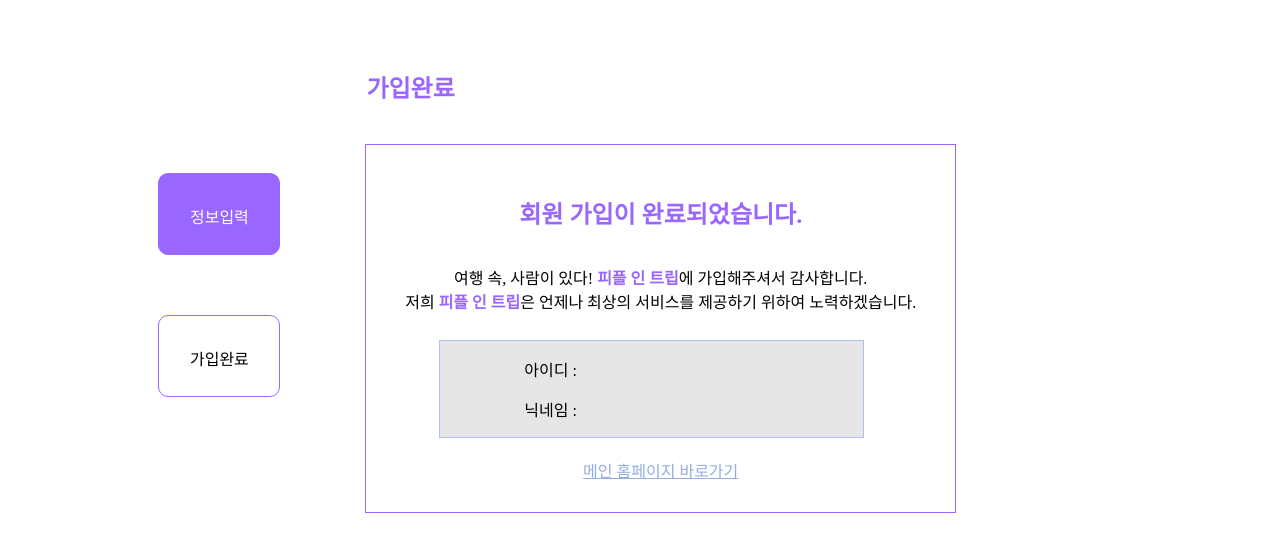
Repository: kimjinmin4535/ezen_loginteam
Page: http://localhost/Ezen_Project/signup/signupcomplete.jsp
These files come from the project's save history. The page is drawn as it stood at one moment and after the next save; the edit follows.
The browser window is 1280 px wide. The pictures show the whole page.
The page is served by Tomcat 9. Other server files are loaded and not shown.

Above is the page before, as saved 2022-07-05 15:52:27.

### Ezen_Project/src/main/webapp/signup/signupcomplete.jsp
<%@ page language="java" contentType="text/html; charset=UTF-8"
    pageEncoding="UTF-8"%>
<!DOCTYPE html>
<html>
<head>
<meta charset="UTF-8">
<title>회원가입 완료</title>
<link rel="stylesheet" href="../resources/css/signup/signup.css" />
</head>
<body>
	<div class="side_content">
		<p id="side_content1">정보입력</p>
		<p id="side_content2">가입완료</p>
	</div>
	<h3>가입완료</h3>
	<div class="signupcomplete_msg">
		<h2>회원 가입이 완료되었습니다.</h2>
		<p>여행 속, 사람이 있다! <strong>피플 인 트립</strong>에 가입해주셔서 감사합니다.<br>
		저희 <strong>피플 인 트립</strong>은 언제나 최상의 서비스를 제공하기 위하여 노력하겠습니다.</p>
		<div class="signupcomplete_information">
			<p>아이디 : </p>
			<p>닉네임 : </p>
		</div>
		<div class="main_home">
			<a href="#">메인 홈페이지 바로가기</a>
		</div>
	</div>
</body>
</html>

### Ezen_Project/src/main/webapp/resources/css/signup/signup.css
@charset "UTF-8";

body {
	display: flex;
	align-items: baseline;
	gap: 32px;
	padding: 48px 0;
}
.signupcomplete_msg {
	flex: 3.5;
	padding: 30px;
	text-align: center;
	border: 1px solid #9966ff;
	margin-right: 25%;
	margin-top: 7%;
}

.side_content {
	flex: 1;
	padding: 24px;
	margin-left: 10%;
}

@media (max-width: 40rem) {
.side_content {
    display: none;
  }
}

.signupcomplete_information {
	border: 1px solid #afc4ed;
	width:80%;
	background-color: #E6E6E6;
	margin-left: 8%;
	margin-top: 5%;
}
.signupcomplete_information > p {
	text-align: left;
	margin-left: 20%;
}

h3 {
	text-align: center;
	position: absolute;
	margin-left: 28%;
	margin-top: 1%;
	color: #9966ff;
	font-size: 24px;
}

h3:after {
  	content: "";
 	display: block;
  	width: 700%;
  	border-bottom: 2x solid #9966ff;
  	margin: 10% 0px;
}


.signupcomplete_msg > h2 {
	color: #9966ff;
}

.signupcomplete_msg > p > strong {
	color: #9966ff;
}

.signupcomplete_msg > p {
	padding-top: 15px;
}

.main_home > a {
	color: #94aee0;
}

.main_home {
	margin-top: 20px;

}

.side_content > #side_content1 {
	border: 1px solid #9966ff;
	background-color: #9966ff;
	color: white;
	height: 50px;
	width: 120px;
	text-align: center;
	border-radius: 10px;
	padding-top: 30px;
	margin-top: 30px;
}
.side_content > #side_content2 {
	border: 1px solid #9966ff;
	color: black;
	height: 50px;
	width: 120px;
	text-align: center;
	border-radius: 10px;
	padding-top: 30px;
	margin-top: 60px;
}
/* .side_content {
	text-align: left;
	width: 100px;
	position: absolute;
	height:0px;
	padding-left: 330px;
	padding-top: 250px;
	flex: 1;
} */
/*

After the next save:
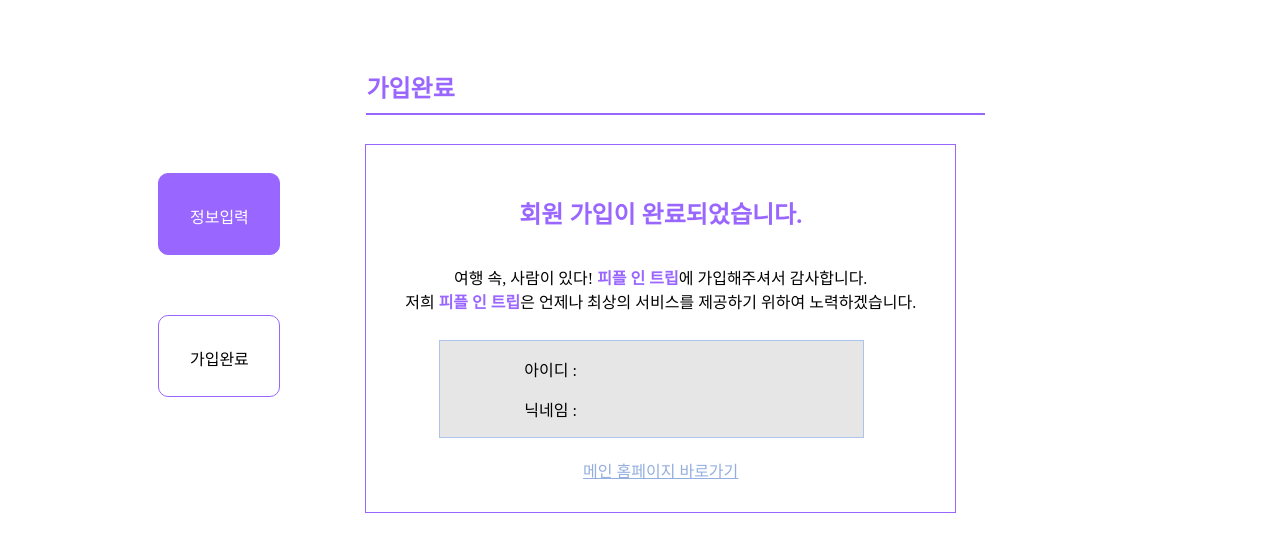
Saved 6 s later.
--- a/Ezen_Project/src/main/webapp/resources/css/signup/signup.css
+++ b/Ezen_Project/src/main/webapp/resources/css/signup/signup.css
@@ -52,7 +52,7 @@
   	content: "";
  	display: block;
   	width: 700%;
-  	border-bottom: 2x solid #9966ff;
+  	border-bottom: 2px solid #9966ff;
   	margin: 10% 0px;
 }
 
